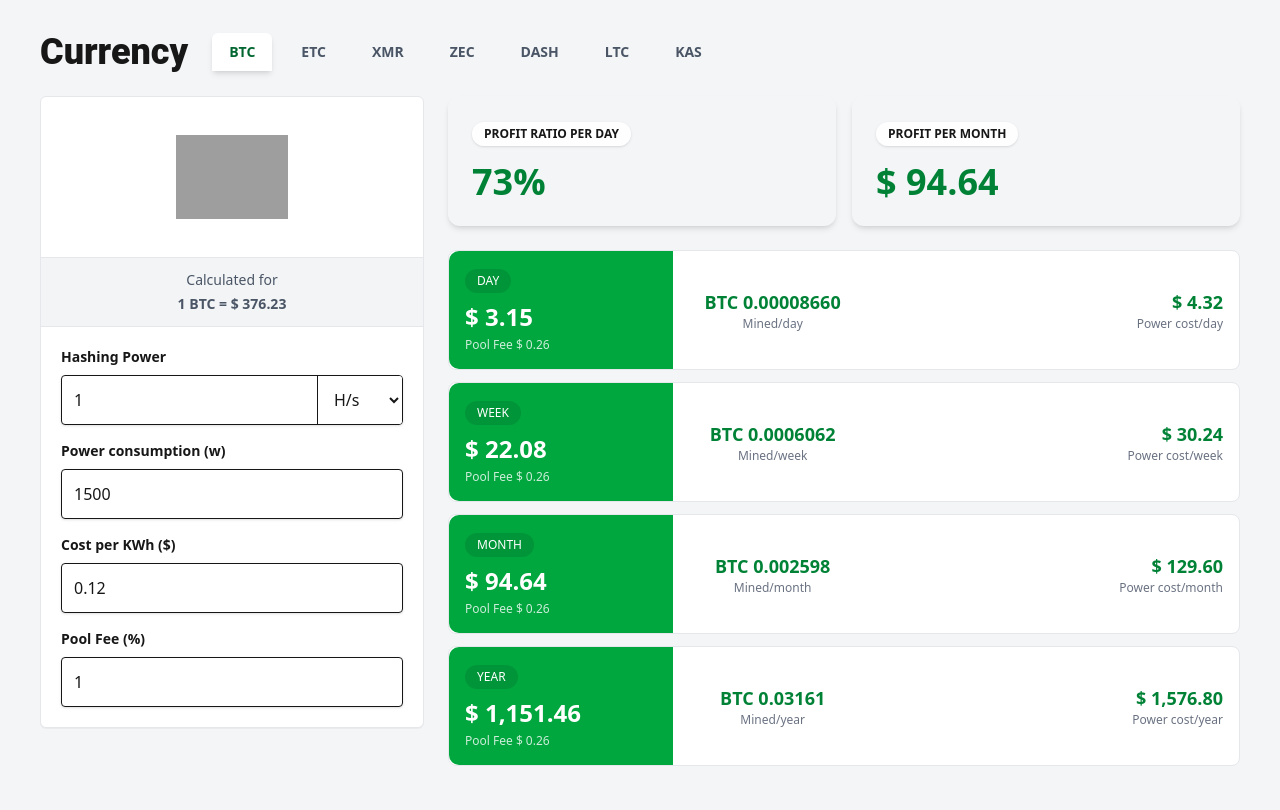
Repository: Bilal-Ahmad-CodeMaster/crypto-proj
Page: /
These files come from the project's save history. The page is drawn as it stood at one moment and after a run of saves; the edit follows.
The browser window is 1280 px wide. The pictures show the whole page.
Pictures or frames that could not be fetched are drawn as grey boxes. The project was rebuilt for these pictures with package versions that can differ from the ones it lists, and the page was loaded fresh each time. The framework's server and built-in components were replaced by stand-ins that run in the browser. Also part of the build but not shown: next.config.ts.

Above is the page before, as saved 2025-11-25 21:12:50.

### src/app/layout.tsx
import './globals.css'
import React from 'react'


export const metadata = {
  title: 'Mining Dashboard',
}


export default function RootLayout({ children }: { children: React.ReactNode }) {
  return (
    <html lang="en">
      <body>
        {children}
      </body>
    </html>
  )
}

### src/app/page.tsx
'use client'
import React, { useState } from 'react'
import Tabs from './components/Tabs'
import HashingForm from './components/HashingForm'
import ResultCards from './components/ResultCards'


const currencies = [
  { id: 'btc', label: 'BTC' },
  { id: 'etc', label: 'ETC' },
  { id: 'xmr', label: 'XMR' },
  { id: 'zec', label: 'ZEC' },
  { id: 'dash', label: 'DASH' },
  { id: 'ltc', label: 'LTC' },
  { id: 'kas', label: 'KAS' }
]


export default function Page() {
  const [active, setActive] = useState('btc')


  return (
    <main className="min-h-screen p-8 bg-[#f3f5f7]">
      <div className="max-w-[1200px] mx-auto">
        <header className="flex items-center gap-6 mb-6">
          <h1 className="text-4xl font-extrabold" style={{ fontFamily: '"Lobster", Roboto, Arial' }}>
            Currency
          </h1>
          <nav className="flex-1">
            <Tabs active={active} setActive={setActive} tabs={currencies} />
          </nav>
        </header>


        <div className="grid grid-cols-1 lg:grid-cols-3 gap-6">
          <div>
            <HashingForm active={active} />
          </div>


          <div className="lg:col-span-2">
            <ResultCards active={active} />
          </div>
        </div>
      </div>
    </main>
  )
}

### src/app/globals.css
@import "tailwindcss";

:root {
  --background: #ffffff;
  --foreground: #171717;
}

@theme inline {
  --color-background: var(--background);
  --color-foreground: var(--foreground);
  --font-sans: var(--font-geist-sans);
  --font-mono: var(--font-geist-mono);
}

@media (prefers-color-scheme: dark) {
  :root {
    --background: #0a0a0a;
    --foreground: #ededed;
  }
}

body {
  background: var(--background);
  color: var(--foreground);
  font-family: Arial, Helvetica, sans-serif;
}

html,
body,
#root {
  height: 100%;
}

/* Small helpers to match the design exactly */
body {
  @apply bg-gray-100 font-sans;
}

.tab-pill {
  @apply inline-flex items-center justify-center px-4 py-2 rounded-t-md border border-transparent text-sm font-semibold;
}

.left-card {
  border-radius: 6px;
  box-shadow: 0 1px 0 rgba(0, 0, 0, 0.04);
}

/* precise card shapes used for the profit rows */
.profit-left {
  border-top-left-radius: 10px;
  border-bottom-left-radius: 10px;
}
.profit-right {
  border-top-right-radius: 10px;
  border-bottom-right-radius: 10px;
}

### src/app/components/Tabs.tsx
'use client'
import React from 'react'


export default function Tabs({ active, setActive, tabs }: { active: string; setActive: (s: string) => void; tabs: { id: string; label: string }[] }) {
    return (
        <div className="flex gap-3 items-end">
            {tabs.map(t => (
                <button
                    key={t.id}
                    onClick={() => setActive(t.id)}
                    className={`tab-pill ${active === t.id ? 'bg-white border-gray-200 shadow-md text-green-800' : 'text-gray-600 hover:text-gray-800'}`}
                    style={{ minWidth: 56 }}
                >
                    {t.label}
                </button>
            ))}
        </div>
    )
}

### src/app/components/HashingForm.tsx
'use client'
import React from 'react'


export default function HashingForm({ active }: { active: string }) {
    return (
        <div className="bg-white left-card border border-gray-200 p-0 rounded-lg overflow-hidden">
            <div className="p-6 border-b border-gray-200 flex items-center justify-center">
                <img src="/mnt/data/e5285455-4dbc-4279-8451-173fa5b90afe.png" alt="logo" className="w-28 h-28 object-contain" />
            </div>


            <div className="bg-gray-100 text-center py-3 text-sm text-gray-600 border-b border-gray-200">
                Calculated for
                <div className="font-semibold mt-1">1 {active.toUpperCase()} = $ 376.23</div>
            </div>


            <div className="p-5">
                <div className="mb-4">
                    <label className="block text-sm font-semibold mb-2">Hashing Power</label>
                    <div className="flex border rounded shadow-sm overflow-hidden">
                        <input type="number" defaultValue={1} className="w-full p-3 outline-none" />
                        <select className="p-3 bg-white border-l">
                            <option>H/s</option>
                            <option>KH/s</option>
                            <option>MH/s</option>
                            <option>GH/s</option>
                            <option>TH/s</option>
                        </select>
                    </div>
                </div>


                <div className="mb-4">
                    <label className="block text-sm font-semibold mb-2">Power consumption (w)</label>
                    <input className="w-full p-3 border rounded shadow-sm" defaultValue={1500} />
                </div>


                <div className="mb-4">
                    <label className="block text-sm font-semibold mb-2">Cost per KWh ($)</label>
                    <input className="w-full p-3 border rounded shadow-sm" defaultValue={0.12} />
                </div>


                <div>
                    <label className="block text-sm font-semibold mb-2">Pool Fee (%)</label>
                    <input className="w-full p-3 border rounded shadow-sm" defaultValue={1} />
                </div>
            </div>
        </div>
    )
}

### src/app/components/ResultCards.tsx
'use client'
import React from 'react'


interface StatRowProps {
    title: string;
    money: string;
    mined: string;
    powerCost: string;
    positive?: boolean;
}

function StatRow({ title, money, mined, powerCost, positive = true }: StatRowProps) {
    return (
        <div className="mb-3 rounded-lg overflow-hidden flex border border-gray-200 bg-white">
            <div className={`w-56 p-4 text-white ${positive ? 'bg-green-600' : 'bg-red-600'} profit-left`}>
                <div className="text-xs uppercase bg-black/10 inline-block px-3 py-1 rounded-full mb-2">{title}</div>
                <div className="text-2xl font-bold">{money}</div>
                <div className="text-xs mt-1 opacity-80">Pool Fee $ 0.26</div>
            </div>


            <div className="flex-1 p-4 grid grid-cols-3 items-center gap-4">
                <div className="text-center">
                    <div className={`text-lg font-semibold ${positive ? 'text-green-700' : 'text-red-600'}`}>{mined}</div>
                    <div className="text-xs text-gray-500">Mined/{title.toLowerCase()}</div>
                </div>
                <div className="text-right col-span-2">
                    <div className={`text-lg font-semibold ${positive ? 'text-green-700' : 'text-red-600'}`}>{powerCost}</div>
                    <div className="text-xs text-gray-500">Power cost/{title.toLowerCase()}</div>
                </div>
            </div>
        </div>
    )
}


export default function ResultCards({ active }: { active: string }) {
    // Example positive/negative toggles per currency
    const positive = active !== 'etc'


    return (
        <div>
            <div className="grid grid-cols-2 gap-4 mb-6">
                <div className={`rounded-xl p-6 shadow-md ${positive ? 'bg-paleGreen' : 'bg-paleRed'}`}>
                    <div className="text-xs font-semibold bg-white/90 inline-block px-3 py-1 rounded-full shadow">PROFIT RATIO PER DAY</div>
                    <div className={`text-4xl font-bold mt-4 ${positive ? 'text-green-700' : 'text-red-700'}`}>{positive ? '73%' : '-70%'}</div>
                </div>


                <div className={`rounded-xl p-6 shadow-md ${positive ? 'bg-paleGreen' : 'bg-paleRed'}`}>
                    <div className="text-xs font-semibold bg-white/90 inline-block px-3 py-1 rounded-full shadow">PROFIT PER MONTH</div>
                    <div className={`text-4xl font-bold mt-4 ${positive ? 'text-green-700' : 'text-red-700'}`}>{positive ? '$ 94.64' : '$ -90.66'}</div>
                </div>
            </div>


            <div>
                <StatRow title="Day" money="$ 3.15" mined="BTC 0.00008660" powerCost="$ 4.32" positive={positive} />
                <StatRow title="Week" money="$ 22.08" mined="BTC 0.0006062" powerCost="$ 30.24" positive={positive} />
                <StatRow title="Month" money="$ 94.64" mined="BTC 0.002598" powerCost="$ 129.60" positive={positive} />
                <StatRow title="Year" money="$ 1,151.46" mined="BTC 0.03161" powerCost="$ 1,576.80" positive={positive} />
            </div>
        </div>
    )
}

After the next 2 saves:
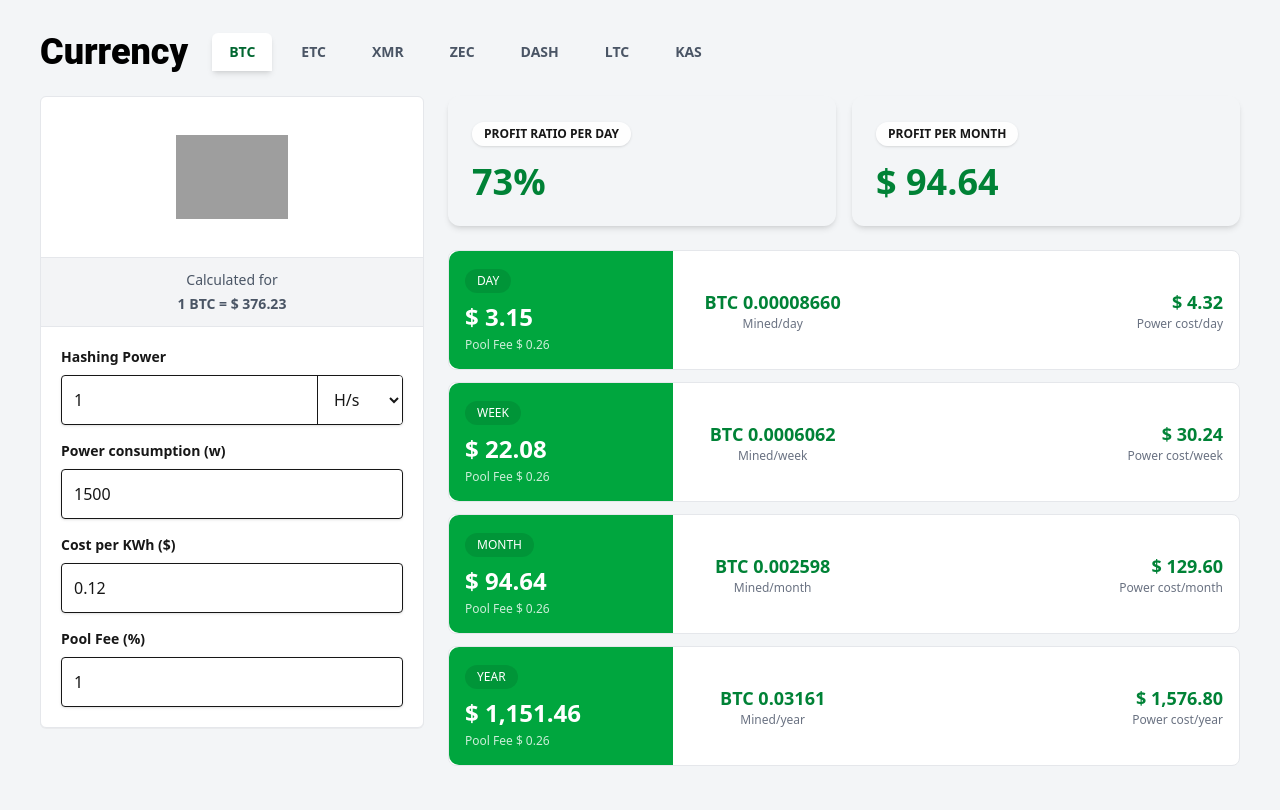
The 2 saves are shown as one change because they came seconds apart.
The last was saved 2 min 9 s later.
--- a/src/app/page.tsx
+++ b/src/app/page.tsx
@@ -24,7 +24,7 @@
     <main className="min-h-screen p-8 bg-[#f3f5f7]">
       <div className="max-w-[1200px] mx-auto">
         <header className="flex items-center gap-6 mb-6">
-          <h1 className="text-4xl font-extrabold" style={{ fontFamily: '"Lobster", Roboto, Arial' }}>
+          <h1 className="text-4xl font-extrabold text-black" style={{ fontFamily: '"Lobster", Roboto, Arial' }}>
             Currency
           </h1>
           <nav className="flex-1">
